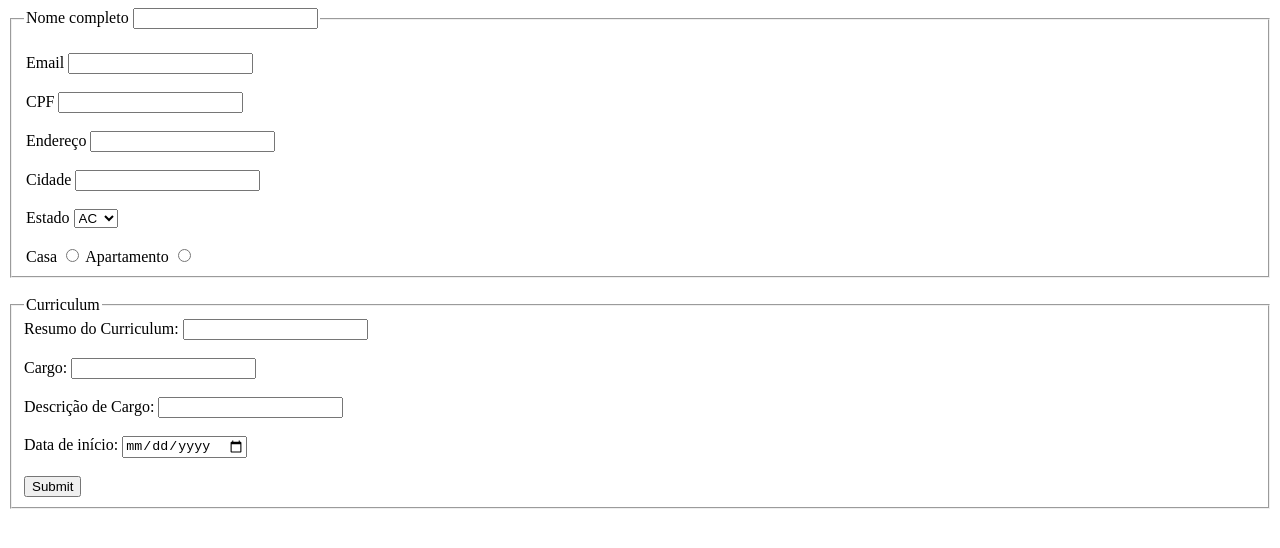
Repository: Parker9309/-trybe-exercises
Page: exercises/exercises-bloco6/html-e-css-forms-flexbox-e-responsivo_1/index.html
These files come from the project's save history. The page is drawn as it stood at one moment and after the next save; the edit follows.
The browser window is 1280 px wide. The pictures show the whole page.

Above is the page before, as saved 2021-03-16 19:42:02.

After the next save:
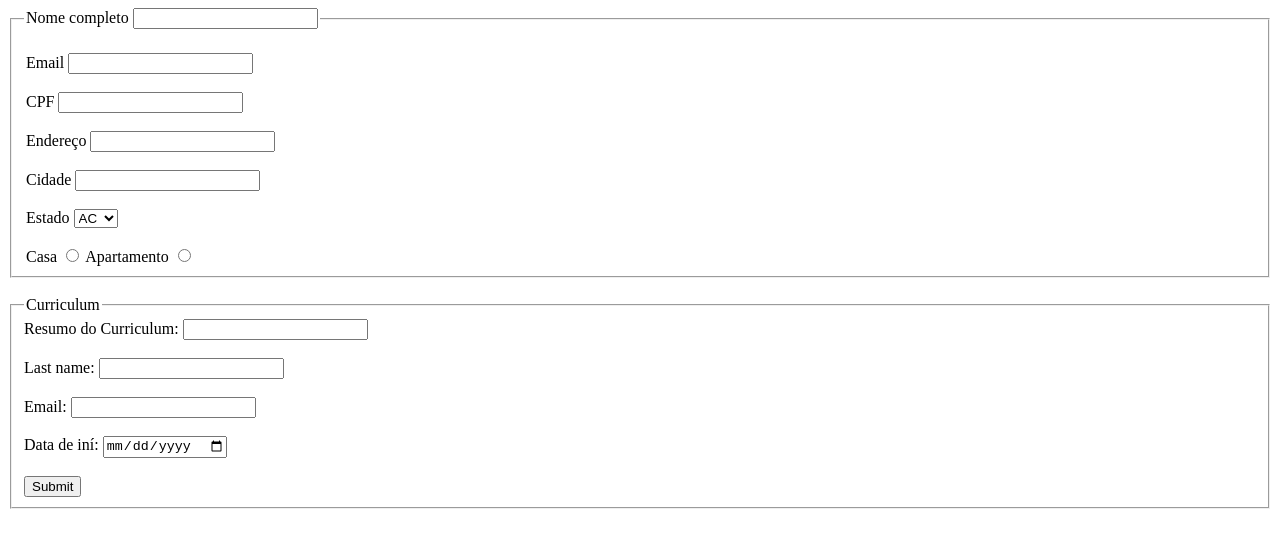
Saved 12 s later.
--- a/exercises/exercises-bloco6/html-e-css-forms-flexbox-e-responsivo_1/index.html
+++ b/exercises/exercises-bloco6/html-e-css-forms-flexbox-e-responsivo_1/index.html
@@ -78,12 +78,12 @@
   <legend>Curriculum</legend>
   <label for="fname">Resumo do Curriculum:</label>
   <input type="text" id="fname" name="fname"><br><br>
-  <label for="lname">Cargo:</label>
+  <label for="lname">Last name:</label>
   <input type="text" id="lname" name="lname"><br><br>
-  <label for="description">Descrição de Cargo:</label>
-  <input type="text" id="description" name="description"><br><br>
-  <label for="dateofbegin">Data de início:</label>
-  <input type="date" id="birthday" name="dateofbegin"><br><br>
+  <label for="email">Email:</label>
+  <input type="email" id="email" name="email"><br><br>
+  <label for="birthday">Data de iní:</label>
+  <input type="date" id="birthday" name="birthday"><br><br>
   <input type="submit" value="Submit">
 </fieldset>
 </div>
